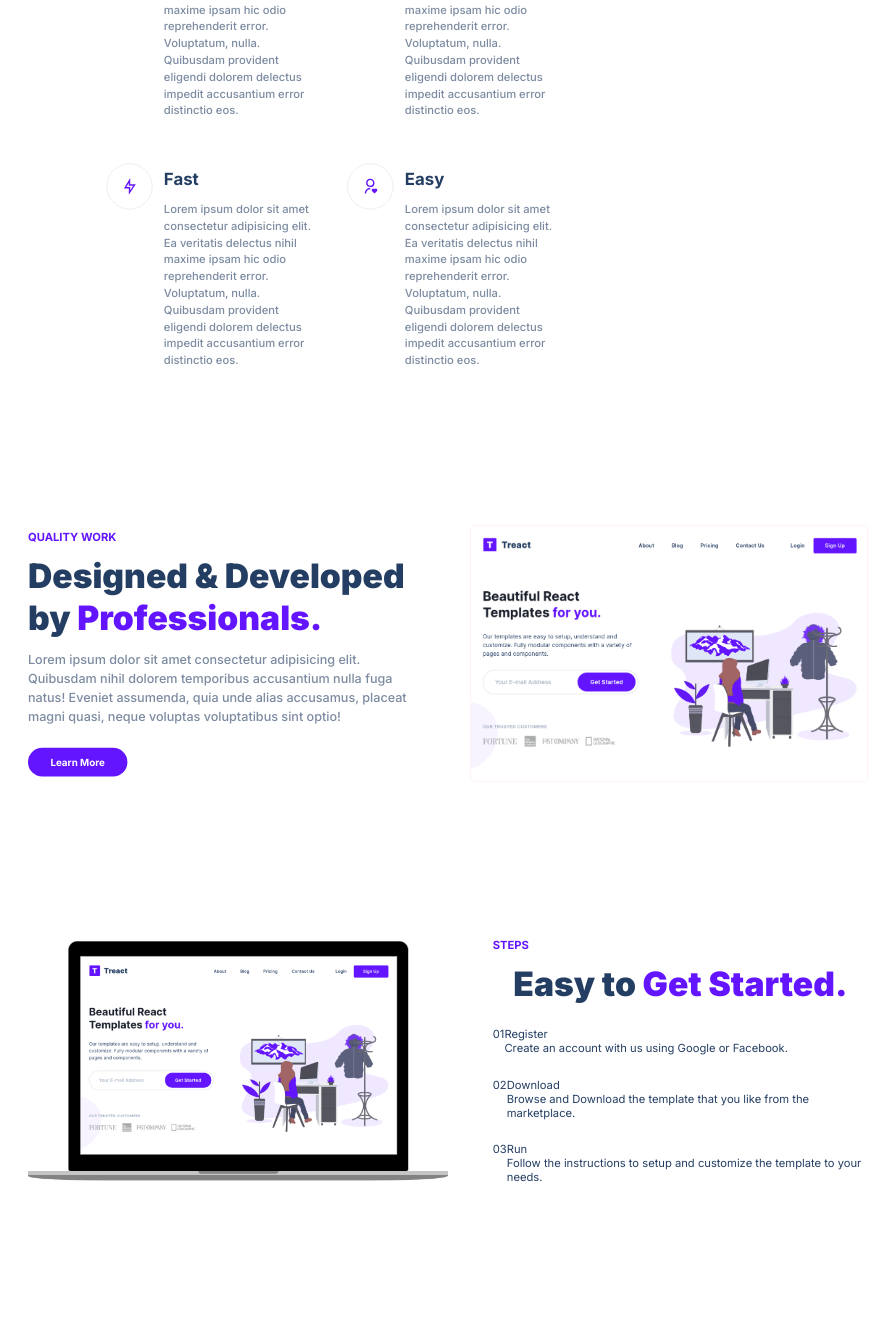
Repository: avivanguyen/m2_fianlProject
Page: index.html
The author's editor kept a copy of each file at every save. The page is drawn from the files as they stood at one save, then again after a run of saves.
The browser window is 1280 px wide. The pictures show the part of the page from y = 1585 to 3505 px (the page is 3501 px tall before and 3505 px after), at 70% of full size.
Some web libraries are served in a nearby version.

Above is the page before, as saved 2025-12-09 02:29:14.

### index.html
<!DOCTYPE html>
<html lang="en">
<head>
    <meta charset="UTF-8">
    <meta name="viewport" content="width=device-width, initial-scale=1.0">
    <title>Styling Project</title>
    <link rel="stylesheet" href="styles.css">
    <script src="https://kit.fontawesome.com/2588cf0bac.js" crossorigin="anonymous"></script>
</head>
<body>
    <section id="landing">
        <nav>
            <div class="row nav__row">
                <div class="nav__logo">
                    <img src="./assets/logo.2c489fc453a1783cbadacf914efa3df6.svg" alt="logo" class="nav__logo--img">
                    <div class="nav__logo--title">
                        Treact
                    </div>
                </div>
                <div class="nav__links">
                    <a href="" class="nav__link">About</a>
                    <a href="" class="nav__link">Blog</a>
                    <a href="" class="nav__link">Pricing</a>
                    <a href="" class="nav__link">Contact Us</a>
                    <a href="" class="nav__link login">Login</a>
                    <a href="" class="nav__link nav__link--primary">Sign Up</a>
                </div>
            </div>
        </nav>

        <header class="container">
            <div class="row">
                <div class="header__description">
                    <h1>
                        Beautiful React Templates <span class="purple">for you.</span>
                    </h1>
                    <div class="header__description--para">
                        Our templates are easy to setup, understand and customize. Fully modular components with a variety of pages and components.
                    </div>
                    <div class="header__email">
                        <input type="text" class="header__email--input" placeholder="Your E-mail Address">
                        <button class="header__email--btn">Get Started</button>
                    </div>
                    <p class="header__customers--title">OUR TRUSTED CUSTOMERS</p>
                    <img src="./assets/customers-logo-strip.680ac7c2e8ae28161d2c.png" class="header__customers" alt="logos">
                </div>

                <figure class="header__img--wrapper">
                    <img src="./assets/design-illustration-2.6da6a00b20c07c4a9b65d1870679e1b8.svg" alt="hero image" class="header__img">
                </figure>
            </div>
        </header>
    </section>

    <main>
        <section id="features">
            <div class="container">
                <div class="row">
                    <h4 class="section__tag">FEATURES</h4>
                    <h2 class="section__title">
                        We Have Amazing <span class="purple">Service.</span>
                    </h2>
                    <div class="section__para">
                        Lorem ipsum dolor sit amet consectetur adipisicing elit. Maxime facilis assumenda architecto aliquam. Consequatur vero dolorum ut aspernatur quae beatae voluptates quam, nulla assumenda doloremque voluptatum laboriosam dolor unde rem.
                    </div>
                    <div class="features">
                        <div class="feature__row">
                            <figure class="feature__img--wrapper">
                                <img src="./assets/shield-icon.daefe14b320b14fbd9cbd18908ac93ec.svg" alt="" class="feature__img">
                            </figure>
                            <div class="feature__text">
                                <h2 class="feature__title">Secure</h2>
                                <p class="feature__para">
                                    Lorem ipsum dolor sit amet consectetur adipisicing elit. Ea veritatis delectus nihil maxime ipsam hic odio reprehenderit error. Voluptatum, nulla. Quibusdam provident eligendi dolorem delectus impedit accusantium error distinctio eos.
                                </p>
                            </div>
                        </div>
                        <div class="feature__row">
                            <figure class="feature__img--wrapper">
                                <img src="./assets/support-icon.f9253ffa8cb6ffde5bbaa05eb5136375.svg" alt="" class="feature__img">
                            </figure>
                            <div class="feature__text">
                                <h2 class="feature__title">24/7 Support</h2>
                                <p class="feature__para">
                                    Lorem ipsum dolor sit amet consectetur adipisicing elit. Ea veritatis delectus nihil maxime ipsam hic odio reprehenderit error. Voluptatum, nulla. Quibusdam provident eligendi dolorem delectus impedit accusantium error distinctio eos.
                                </p>
                            </div>
                        </div>
                        <div class="feature__row">
                            <figure class="feature__img--wrapper">
                                <img src="./assets/customize-icon.367468c90fd796009b97fbfba67b2c6a.svg" alt="" class="feature__img">
                            </figure>
                            <div class="feature__text">
                                <h2 class="feature__title">Customizable</h2>
                                <p class="feature__para">
                                    Lorem ipsum dolor sit amet consectetur adipisicing elit. Ea veritatis delectus nihil maxime ipsam hic odio reprehenderit error. Voluptatum, nulla. Quibusdam provident eligendi dolorem delectus impedit accusantium error distinctio eos.
                                </p>
                            </div>
                        </div>
                        <div class="feature__row">
                            <figure class="feature__img--wrapper">
                                <img src="./assets/reliable-icon.1367510a8f0a1bec76dc425d25f92f43.svg" alt="" class="feature__img">
                            </figure>
                            <div class="feature__text">
                                <h2 class="feature__title">Reliable</h2>
                                <p class="feature__para">
                                    Lorem ipsum dolor sit amet consectetur adipisicing elit. Ea veritatis delectus nihil maxime ipsam hic odio reprehenderit error. Voluptatum, nulla. Quibusdam provident eligendi dolorem delectus impedit accusantium error distinctio eos.
                                </p>
                            </div>
                        </div>
                        <div class="feature__row">
                            <figure class="feature__img--wrapper">
                                <img src="./assets/fast-icon.dbb971a73d4805d2fc3bcdacdb55beba.svg" alt="" class="feature__img">
                            </figure>
                            <div class="feature__text">
                                <h2 class="feature__title">Fast</h2>
                                <p class="feature__para">
                                    Lorem ipsum dolor sit amet consectetur adipisicing elit. Ea veritatis delectus nihil maxime ipsam hic odio reprehenderit error. Voluptatum, nulla. Quibusdam provident eligendi dolorem delectus impedit accusantium error distinctio eos.
                                </p>
                            </div>
                        </div>
                        <div class="feature__row">
                            <figure class="feature__img--wrapper">
                                <img src="./assets/simple-icon.673b7e1750b2a4ef32907fc164828d00.svg" alt="" class="feature__img">
                            </figure>
                            <div class="feature__text">
                                <h2 class="feature__title">Easy</h2>
                                <p class="feature__para">
                                    Lorem ipsum dolor sit amet consectetur adipisicing elit. Ea veritatis delectus nihil maxime ipsam hic odio reprehenderit error. Voluptatum, nulla. Quibusdam provident eligendi dolorem delectus impedit accusantium error distinctio eos.
                                </p>
                            </div>
                        </div>
                    </div>
                </div>
            </div>
        </section>

        <section id="quality">
            <div class="container">
                <div class="row">
                    <div class="quality__description">
                        <div class="section__tag">QUALITY WORK</div>
                        <h2 class="section__title">Designed & Developed by <span class="purple">Professionals.</span> </h2>
                        <p class="section__para">
                            Lorem ipsum dolor sit amet consectetur adipisicing elit. Quibusdam nihil dolorem temporibus accusantium nulla fuga natus! Eveniet assumenda, quia unde alias accusamus, placeat magni quasi, neque voluptas voluptatibus sint optio!
                        </p>
                        <button class="btn">Learn More</button>
                    </div>
                    <figure class="quality__img--wrapper">
                        <img src="./assets/hero-screenshot-1.40a097b525c2f8c9808e.png" class="quality__img" alt="">
                    </figure>
                </div>
            </div>
        </section>

        <section id="steps">
            <div class="container">
                <div class="row">
                    <figure class="steps__img--wrapper">
                        <img src="./assets/hero-screenshot-2.241aac1fbc66db29d873.png" class="steps__img" alt="">
                    </figure>
                    <div class="steps__description">
                        <div class="section__tag">STEPS</div>
                        <h2 class="section__title">Easy to <span class="purple">Get Started.</span> </h2>
                        <div class="steps__list">
                            <div class="step">
                                <div class="step__number">01</div>
                                <div class="step__description">
                                    <div class="step__title">Register</div>
                                    <div class="step__para">Create an account with us using Google or Facebook.</div>
                                </div>
                            </div>
                            <div class="step">
                                <div class="step__number">02</div>
                                <div class="step__description">
                                    <div class="step__title">Download</div>
                                    <div class="step__para">Browse and Download the template that you like from the marketplace.</div>
                                </div>
                            </div>
                            <div class="step">
                                <div class="step__number">03</div>
                                <div class="step__description">
                                    <div class="step__title">Run</div>
                                    <div class="step__para">Follow the instructions to setup and customize the template to your needs.</div>
                                </div>
                            </div>
                        </div>
                    </div>
                </div>
            </div>
        </section>
    </main>
</body>
</html>

### styles.css
@import url('https://fonts.googleapis.com/css2?family=Inter:ital,opsz,wght@0,14..32,100..900;1,14..32,100..900&display=swap');
*{
    padding: 0;
    margin: 0;
    font-family: "Inter", sans-serif;
    color: #243e63;
    box-sizing: border-box;
}

section {
    padding: 0 32px;
}

a {
    text-decoration: none;
}

.row {
    max-width: 1200px;
    margin: 0 auto;
    width: 100%;
}

.purple {
    color: #6415ff;
}

p {
    line-height: 1.5;
}

button {
    cursor: pointer;
}

.btn {
    background-color: #6415ff;
    color: white;
    padding: 12px 32px;
    border-radius: 500px;
    border: none;
    font-size: 14px;
    font-weight: bold;
    cursor: pointer;
}

img {
    width: 100%;
}

.container {
    padding: 96px 0;
}

.section__para {
    color: #7c8ba1;
    font-size: 18px;
    font-weight: 500;
    line-height: 1.5;
}

/*
Navigation styling
*/

nav {
    display: flex;
    padding-top: 32px;
}

.nav__row {
    display: flex;
    justify-content: space-between;
}

.nav__logo {
    display: flex;
    align-items: center;
    margin: 8px 0;
    padding-bottom: 4px;
}

.nav__logo--img {
    width: 40px;
}

.nav__logo--title {
    font-size: 20px;
    font-weight: 900;
    margin-left: 12px;
    padding-bottom: 2px;
}

.nav__links {
    display: flex;
    align-items: center;
    padding-bottom: 2px;
}

.nav__link {
    font-size: 14px;
    font-weight: 600;
    padding-top: 4px;
    border-bottom: 2px solid transparent;
    position: relative;
    margin: 0 24px;
}

.login {
    margin-left: 48px;
}

.nav__link--primary {
    background-color: #6415ff;
    color: white;
    margin: 0;
    margin-top: 2px;
    padding: 10px 20px;
    border-radius: 9999px;
    border: none;
    width: auto;
}

/*
Header styling
*/

header {
    position: relative;
}

header .row {
    display: flex;
    justify-content: space-between;
    align-items: flex-end;
}

.header__description {
    width: 40%;
}

h1 {
    color: #1a202c;
    font-size: 36px;
    line-height: 1.25;
}

.header__description--para {
    font-size: 16px;
    margin: 32px 0;
}

.header__email {
    display: flex;
    justify-content: flex-end;
    align-items: center;
    width: 100%;
    max-width: 448px;
    height: 68px;
    position: relative;
}

.header__email--input {
    color: rgb(36, 62, 99);
    width: 100%;
    padding: 20px 192px 20px 32px;
    border-radius: 500px;
    border: 2px solid rgb(299, 231, 235);
    font-size: 16px;
    font-weight: 500;
    position: absolute;
    z-index: 1;
}

.header__email--btn {
    background-color: #6415ff;
    color: white;
    width: 160px;
    height: calc(100% - 16px);
    margin: 8px;
    border-radius: 500px;
    border: none;
    font-size: 16px;
    font-weight: 700;
    z-index: 2;
}

.header__customers {
    padding-right: 64px;
    margin-top: 16px;
    opacity: 0.5;
}

.header__customers--title {
    color: #a0aec0;
    font-size: 12px;
    font-weight: 700;
    margin-top: 80px;
}

.header__img--wrapper {
    display: flex;
    justify-content: flex-end;
    width: calc(100% - 40%);
}

.header__img {
    width: 100%;
    max-width: 512px;
}

/*
Features styling
*/

#features {
    position: relative;
}

.container {
    padding: 96px 0;
}

#features .row {
    width: 100%;
    max-width: 1024px;
    margin: 0 auto;
    display: flex;
    flex-direction: column;
    align-items: center;
}

.section__tag {
    color: #6415ff;
    font-size: 16px;
    font-weight: 700;
}

.section__title {
    color: rgb(36, 62, 99);
    margin: 16px 0;
    text-align: center;
    font-size: 48px;
    font-weight: 900;
}

#features .section__para {
    text-align: center;
    max-width: 576px;
}

.features {
    display: flex;
    flex-wrap: wrap;
    margin-top: 40px;
}

.feature {
    width: calc(100% / 3);
}

.feature__row {
    display: flex;
    align-items: flex-start;
    padding: 32px 24px;
}

.feature__img--wrapper {
    display: flex;
    padding: 20px;
    border: 1px solid #e5e7eb;
    border-radius: 50%;
}

.feature__img {
    width: 24px;
    height: 24px;
}

.feature__text {
    margin-top: 8px;
    margin-left: 16px;
    display: flex;
    flex-direction: column;
}

.feature__para {
    color: rgb(124, 139, 161);
    margin-top: 16px;
    font-size: 16px;
    max-width: calc(643px / 3);
    font-weight: 500;
    line-height: 1.5;
}

main {
    margin-bottom: 96px;
}

/*
Quality styling
*/

#quality .row {
    display: flex;
    justify-content: space-between;
    align-items: center;
}

.quality__description {
    max-width: 570px;
    margin-right: 64px;
}

.quality__description,
.quality__img--wrapper {
    width: 50%;
}

#quality .section__title {
    line-height: 1.25;
    text-align: left;
}

#quality .btn {
    margin-top: 32px; /*space between the button and para*/
}

.quality__img--wrapper {
    display: flex;
    border: 1px solid rgb(299, 231, 235);
    border-radius: 4px;
    position: relative;
}

/*
Steps styling
*/
#steps .row {
    display: flex;
    justify-content: space-between;
    align-items: center;
}

.steps__img--wrapper {
    display: flex;
    width: 50%;
    position: relative;
}

.steps__img {
    width: 100%;
    z-index: 2;
}

.steps__description {
    width: 50%;
    padding: 32px 0;
    padding-left: 64px;
}

.step {
    display: flex;
    align-items: flex-start;
    margin-top: 32px;
}

.step__number {
    color: #c;
}

After the next 9 saves:
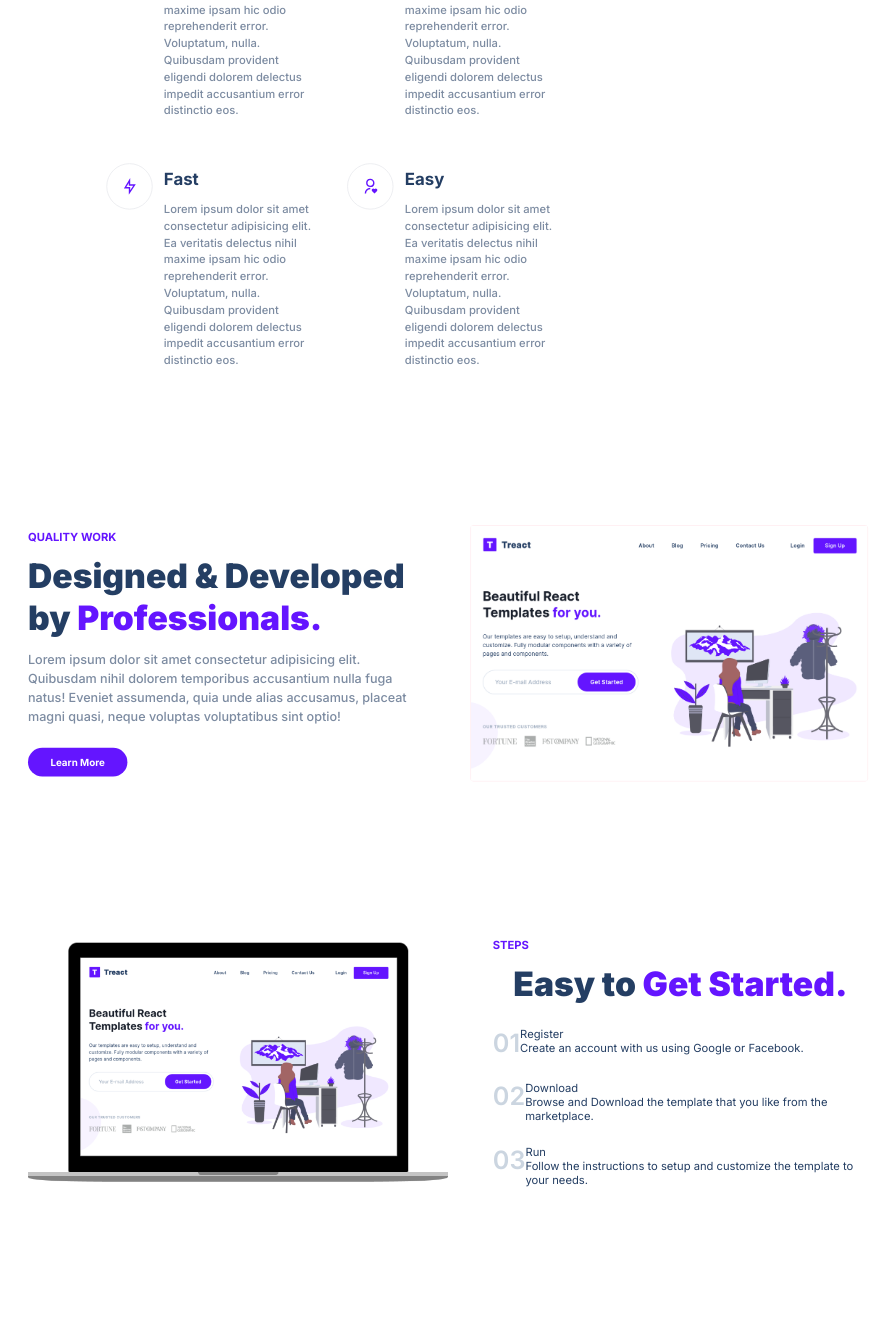
The 9 saves are shown as one change because they came seconds apart.
The last was saved 22 s later.
--- a/styles.css
+++ b/styles.css
@@ -366,5 +366,7 @@ Steps styling
 }
 
 .step__number {
-    color: #c;
-}
+    color: #cbd5e0;
+    font-size: 36px;
+    font-weight: 600;
+}
